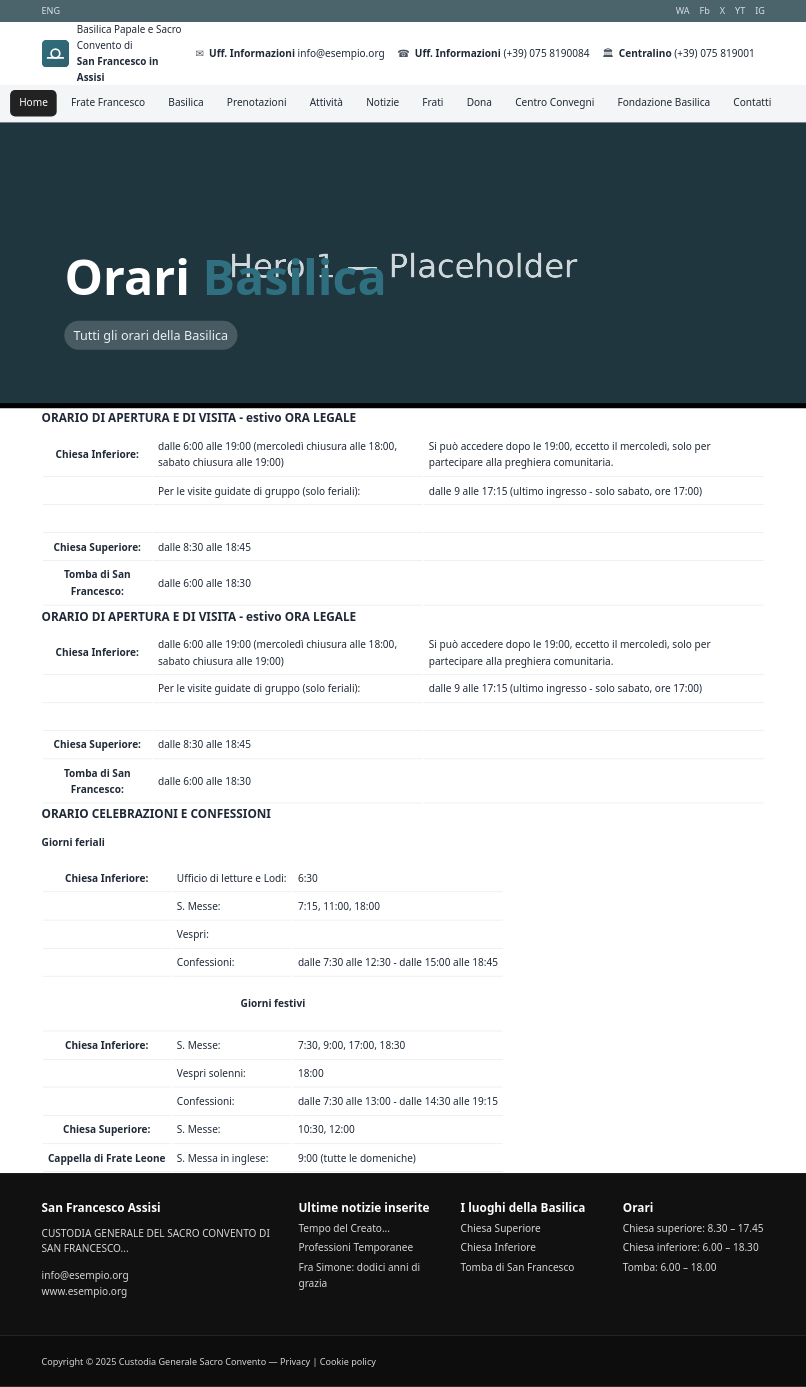
Repository: leacappello/basilica-platform-project
Page: pages/orari.html
These files come from the project's save history. The page is drawn as it stood at one moment and after the next save; the edit follows.
The browser window is 1280 px wide. The pictures show the whole page, at 63% of full size.

Above is the page before, as saved 2025-09-15 12:30:32.
Console error (its wording comes from the project's code and is left out).

After the next save:
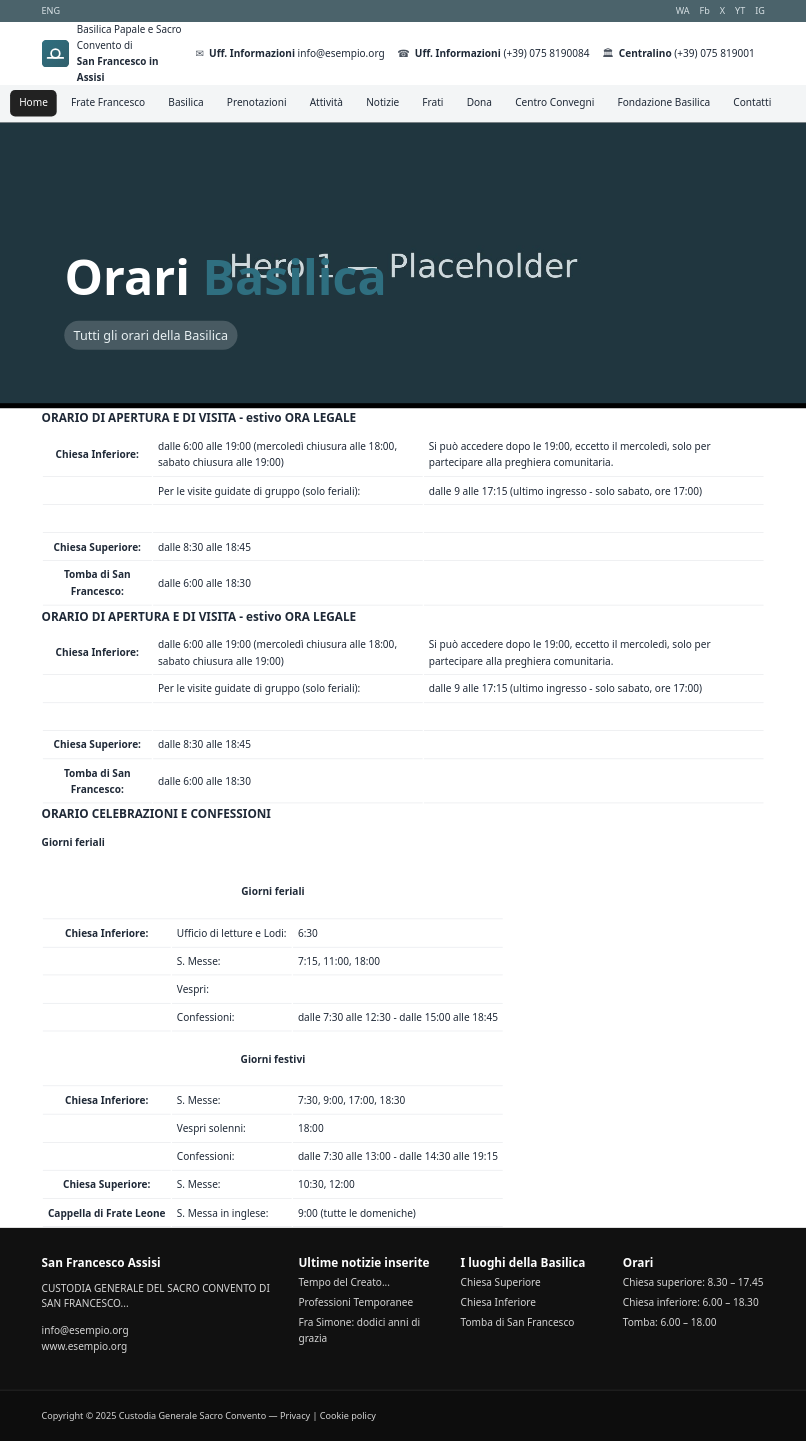
Saved 30 s later.
--- a/pages/orari.html
+++ b/pages/orari.html
@@ -237,8 +237,11 @@
                          <h4>Giorni feriali</h4>
                          <table class="orari">
                             <tbody>
-                               <tr>
-                                    <th scope="col">Chiesa Inferiore:</th>
+                                    <th colspan="3">
+                                            <h4>Giorni feriali</h4>
+                                    </th>
+                                <tr>
+                                    <th>Chiesa Inferiore:</th>
                                     <td>Ufficio di letture e Lodi:</td>
                                     <td>6:30</td>
                                 </tr>
